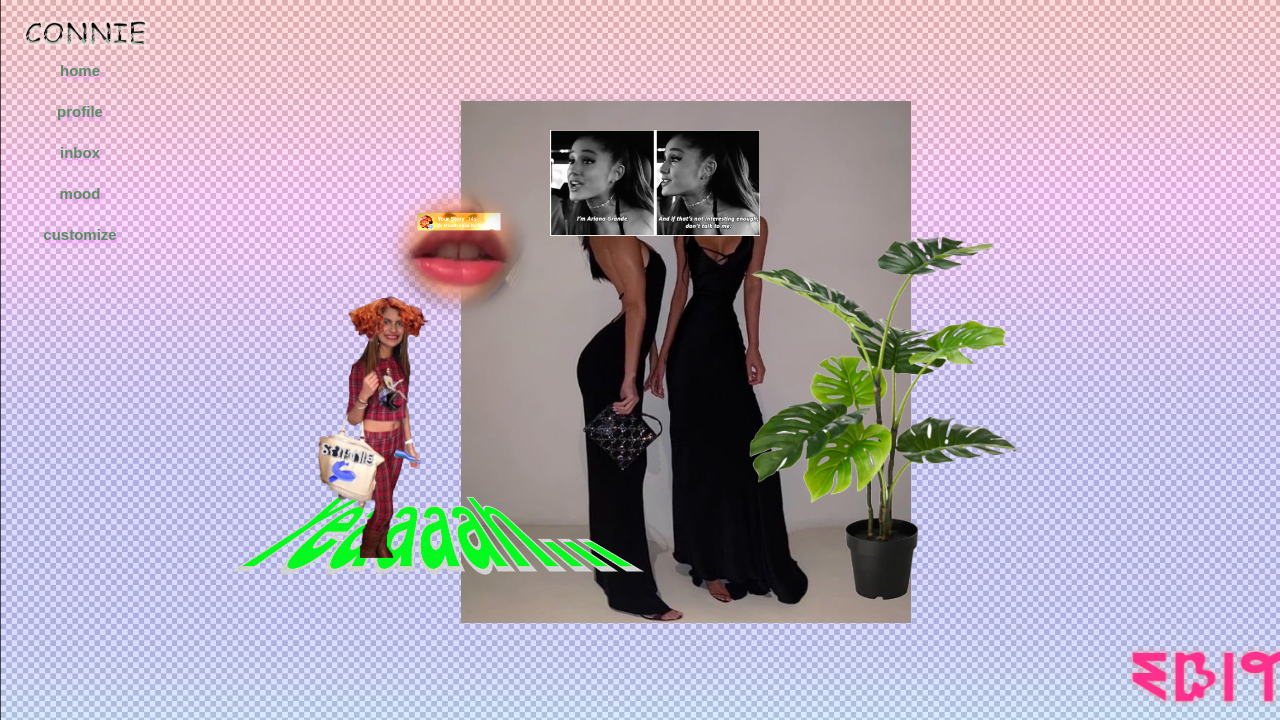
Repository: xuc009/xuc009.github.io
Page: track12/index.html
These files come from the project's save history. The page is drawn as it stood at one moment and after the next save; the edit follows.
The browser window is 1280 px wide. The pictures show the whole page.
Some web fonts or font styles are not loaded; a fallback is used. Some web libraries are served in a nearby version.

Above is the page before, as saved 2018-12-08 17:05:06.

### track12/index.html
<!DOCTYPE html>
<html lang="en">
  <head>
    <title>Track 12</title>
    <link rel="shortcut icon" href="" />
    <meta charset="utf-8">
    <meta name="description" content="" />
    <meta property="og:image" content=""/>
    <meta name="viewport" content="width=device-width, initial-scale=1" />
    <script src="https://ajax.googleapis.com/ajax/libs/jquery/3.3.1/jquery.min.js"></script>
    <script src="https://www.w3schools.com/lib/w3.js"></script>
    <link href="assets/css/styles.css" media="all" rel="stylesheet" />
    <meta charset="utf-8" />
    <title>jQuery UI Draggable - Default functionality</title>
    <link rel="stylesheet" href="http://code.jquery.com/ui/1.9.2/themes/base/jquery-ui.css" />
    <script src="http://code.jquery.com/jquery-1.8.3.js"></script>
    <script src="http://code.jquery.com/ui/1.9.2/jquery-ui.js"></script>
    <link href="https://fonts.googleapis.com/css?family=Michroma" rel="stylesheet">
    <style>
    .draggable { width: 0px; height: 0px; padding: 0; }
    </style>
    <script>
    $(function() {
        $( ".draggable" ).draggable();
    });
    </script>

  </head>

  <body>

      <div class="dropdown">
          <button class="dropbtn"><img src="assets/img/conniemenu.gif" width="140px"></button>
          <div class="dropdown-content">
            <a href="#">home</a>
            <a href="#">profile</a>
            <a href="#">inbox</a>
            <a href="#">mood</a>
            <a href="#">customize</a>
          </div>
        </div>

      <div class="edit">
        <a href="https://xuc009.github.io/track13/index.html">
        <img src="assets/img/edit.png" width="300px">
        </a>
      </div>

    <div id="draggable1" class="ui-widget-content draggable tooltip">
        <span class="tooltiptext">id.png</span>
       <img src="assets/img/k.jpg" width="450px">
      </div>

      <div id="draggable2" class="ui-widget-content draggable tooltip">
          <span class="tooltiptext">↗ Aaliyah by me 🔗📹🤗🦋✨ ⬈</span>
        <a href="https://xuc009.github.io/track2/index.html" target="_blank">
          <img src="assets/img/ari.jpg" width="210px">
        </a>
      </div>

      <div id="draggable3" class="ui-widget-content draggable tooltip">
          <span class="tooltiptext">https://goo.gl/MuuDqj</span>
          <a href="https://goo.gl/MuuDqj" target="_blank">
          <img src="assets/img/mouth.png" width="150px">
          </a>
        </div>

     <div id="draggable4" class="ui-widget-content draggable four tooltip">
        <span class="tooltiptext">https://ebay.us/9TBpsq</span>
        <a href="https://ebay.us/9TBpsq" target="_blank">
            <img src="assets/img/plant.png" width="370px">
        </a>
          </div>

      <div id="draggable5" class="ui-widget-content draggable five tooltip">
          <span class="tooltiptext">https://www.instagram.com/p/BoPapCyAAdp/</span>
          <a href="https://www.instagram.com/p/BoPapCyAAdp/" target="_blank">
          <img src="assets/img/lyric.png" width="415px">
          </a>
        </div>

        <div id="draggable6" class="ui-widget-content draggable five tooltip">
          <span class="tooltiptext">https://www.instagram.com/p/BoPapCyAAdp/</span>
          <a href="https://www.instagram.com/p/BoPapCyAAdp/" target="_blank">
          <img src="assets/img/sophie.png" width="190px">
          </a>
        </div>








      </div>
    </div>

  </body>
</html>

### track12/assets/css/styles.css
* { box-sizing: border-box; }

body{
	background-color: #ffffff;
	background-image: url('../img/background.png');
	background-size: 1500px;
	margin: 0 auto 0 auto;
	display: inline-block;
    font-size: 0px;
}

.tooltip {
    position: relative;
    display: inline-block;
    border-bottom: 1px dotted black;
}

.tooltip .tooltiptext {
    visibility: hidden;
    /* width: 120px; */
    background-color: #FF308D;
    color: #00E6FF;
    text-align: center;
    padding: 5px 10px;
    font-size:15px;
    font-family: Arial, Helvetica, sans-serif;
    font-weight: 400;

    /* Position the tooltip */
    position: fixed;
    z-index: 1;
    bottom: 0px;
    left:0 ;
}

.tooltip:hover .tooltiptext {
    visibility: visible;
}

a { cursor: move; }

.draggable{
    box-shadow: 5px 5px 10px #000000;
}

#draggable1{
    width: 190px;
    height: 187px;
    background: #fff;
    border: none;
    box-shadow: 5px 5px 10px #807d7d;
    cursor: move;
    position: absolute;
    top: 14%;
    left: 36%;
}


#draggable2 {
    /* width: 168px;
    height: 438.38px; */
    border: none;
    box-shadow: 5px 5px 10px #807d7d;
    position: absolute;
    top: 18%;
    left: 43%;
    cursor: move;
}


#draggable3 {
    width: 365px;
    border: none;
    position: absolute;
    top: 25%;
    left: 30%;
    cursor: move;
}


#draggable4{
    position: absolute;
    top: 30%;
    left: 54%;
    cursor: move;
    border: none;
    box-shadow: 5px 5px 10px #807d7d;

}

#draggable5{
    position: absolute;
    top: 65%;
    left: 18%;
    cursor: move;
    border: none;
}

#draggable6{
    position: absolute;
    top: 40%;
    left: 22%;
    cursor: move;
    border: none;
}


.edit{
    position: fixed;
    bottom:0;
    left: 83%;
    cursor: pointer;
    transition: all 300ms;
}

.edit:hover{
    transform: translateX(3px) translateY(-3px);
    /* transform: scale(1.05); */
}

.dropbtn {
    background-color: Transparent;
    width: 140px;
    height: 26px;
    padding: 16px;
    font-size: 16px;
    border: none;
    outline: none;
}

.dropdown {
    position: relative;
    width: 140px;
    display: inline-block;
}

.dropdown-content {
    display: none;
    position: absolute;
    background-color: transparent;
    min-width: 160px;
    text-shadow: 2px 2px 5px #F48BFF;
    z-index: 1;
    font-size: 15px;
    text-align: center;
    font-family: Arial, Helvetica, sans-serif;
    font-weight: 600;
}

.dropdown-content a {
    color: #52935A;
    padding: 12px 16px;
    text-decoration: none;
    display: block;
}

.dropdown-content a:hover {text-shadow: 2px 2px 5px #54FAFF;}

.dropdown:hover .dropdown-content {display: block;}

.dropdown:hover .dropbtn {background-color: none;}

After the next save:
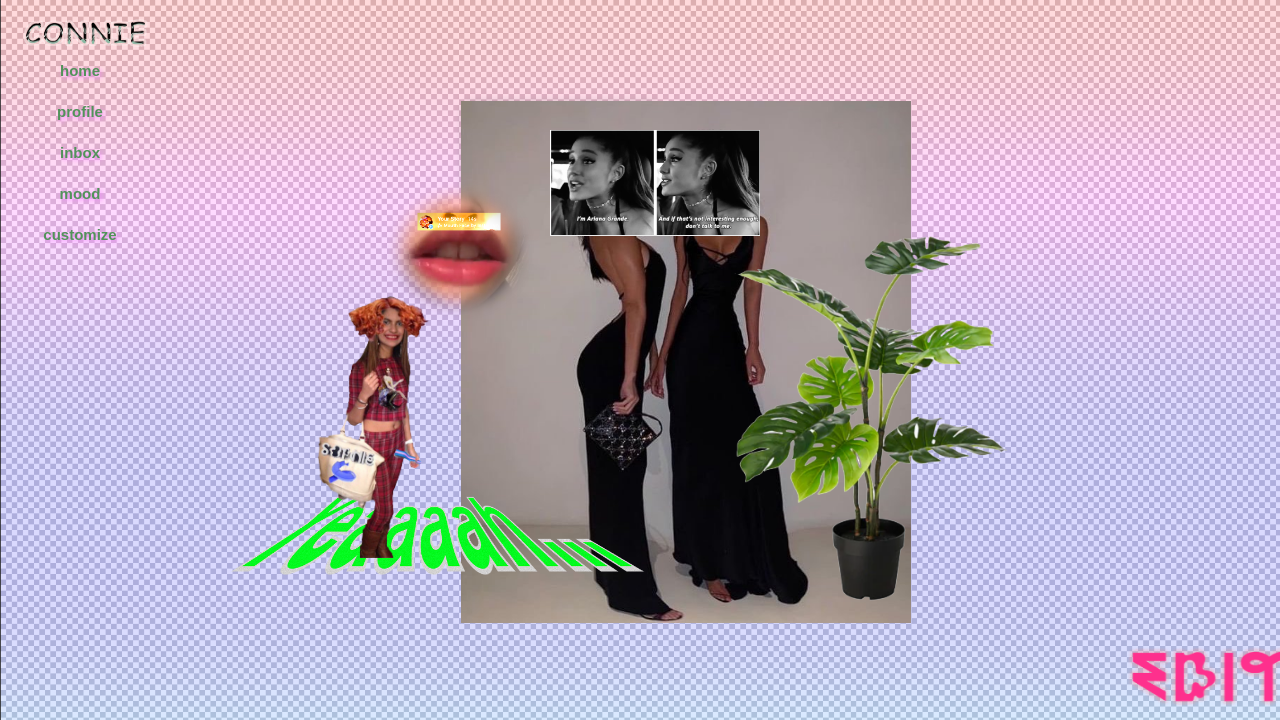
Saved 7 s later.
--- a/track12/assets/css/styles.css
+++ b/track12/assets/css/styles.css
@@ -81,7 +81,7 @@
 #draggable4{
     position: absolute;
     top: 30%;
-    left: 54%;
+    left: 53%;
     cursor: move;
     border: none;
     box-shadow: 5px 5px 10px #807d7d;
